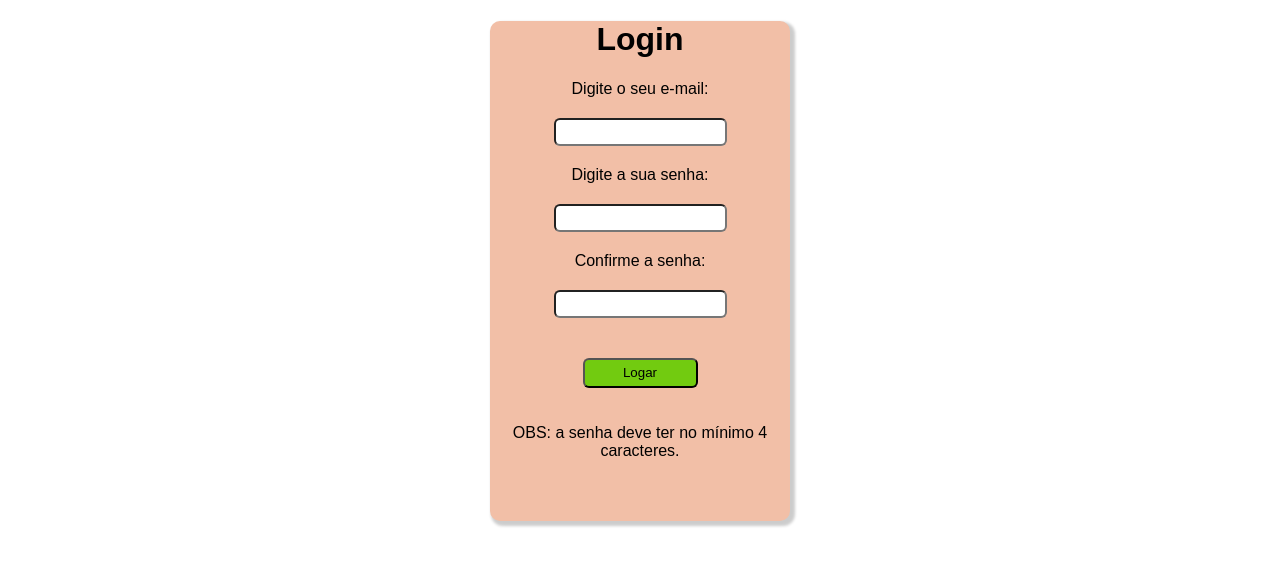
Repository: leviviana21/Java-web-login
Page: http://localhost/conexao_bd/dashboard.jsp
The author's editor kept a copy of each file at every save. The page is drawn from the files as they stood at one save, then again after the next save.
The browser window is 1280 px wide. The pictures show the whole page.
The page is served by Tomcat 9.

Above is the page before, as saved 2025-06-19 23:18:09.

After the next save:
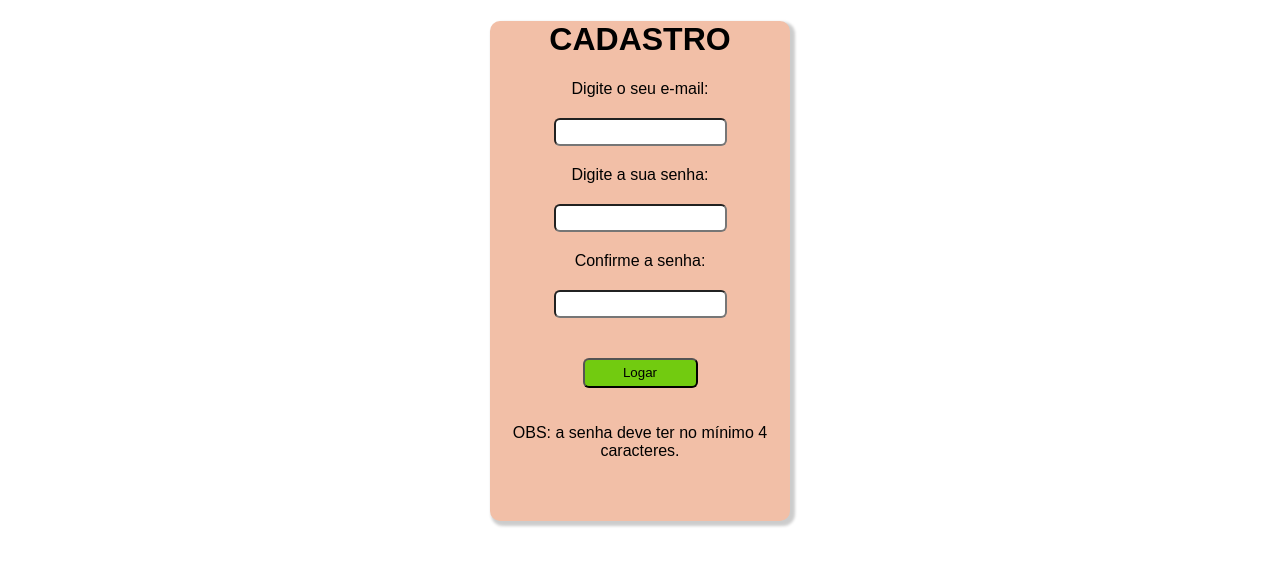
Saved 44 s later.
--- a/conexao_bd/src/main/webapp/dashboard.jsp
+++ b/conexao_bd/src/main/webapp/dashboard.jsp
@@ -11,7 +11,7 @@
 
 <div class="container">
 	<form action="auth" method="post">
-        <h1>Login</h1>
+        <h1>CADASTRO</h1>
         <label>Digite o seu e-mail: </label>
         <input type="email" name="txtEmail" class="emailsenha" >
         <br>
